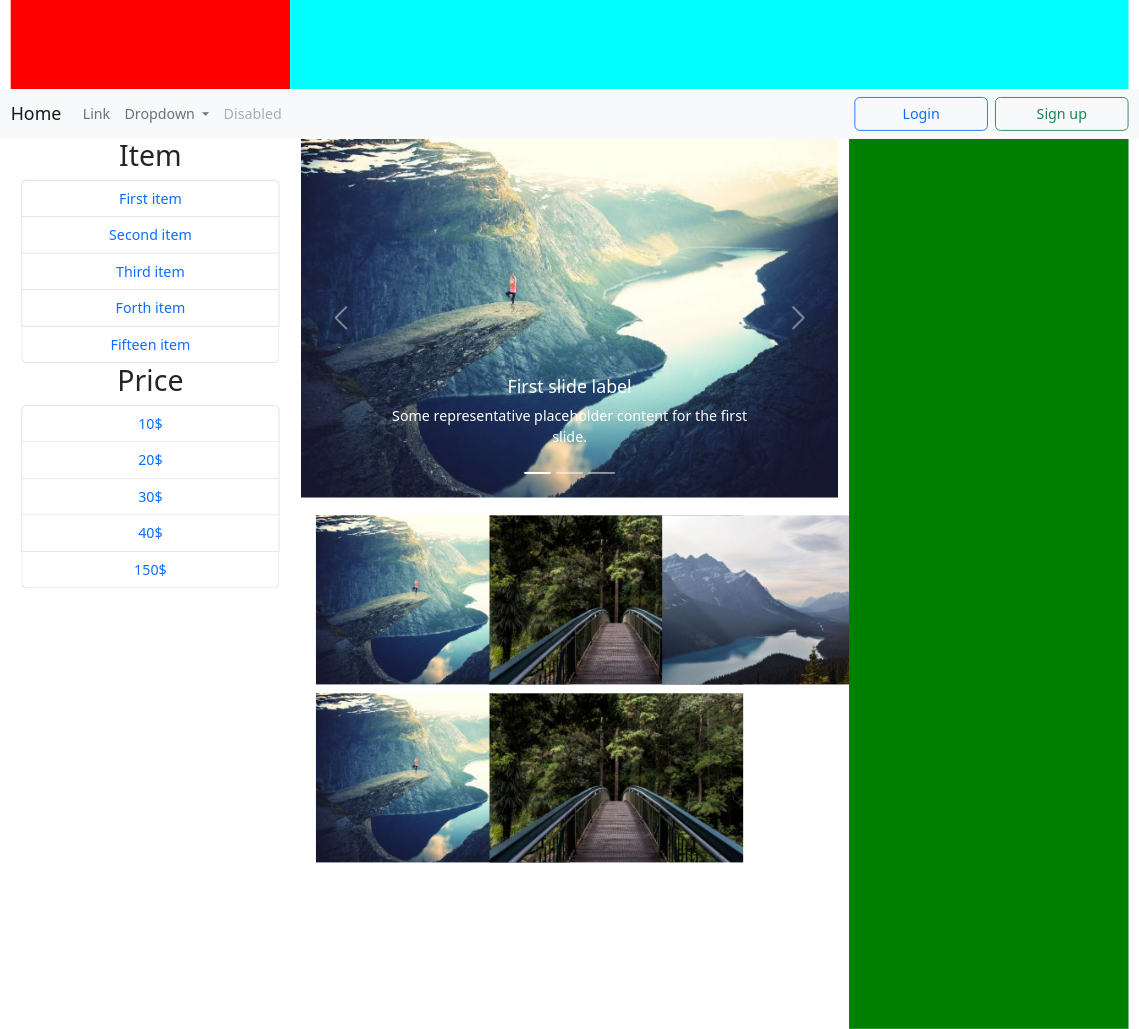
Repository: nguyenhung50497/MD2_bootstrap
Page: BT_giaoDienWeb/index.html
The author's editor kept a copy of each file at every save. The page is drawn from the files as they stood at one save, then again after a run of saves.
The browser window is 1280 px wide. The pictures show the whole page, at 89% of full size.

Above is the page before, as saved 2022-11-30 14:12:56.

After the next 8 saves:
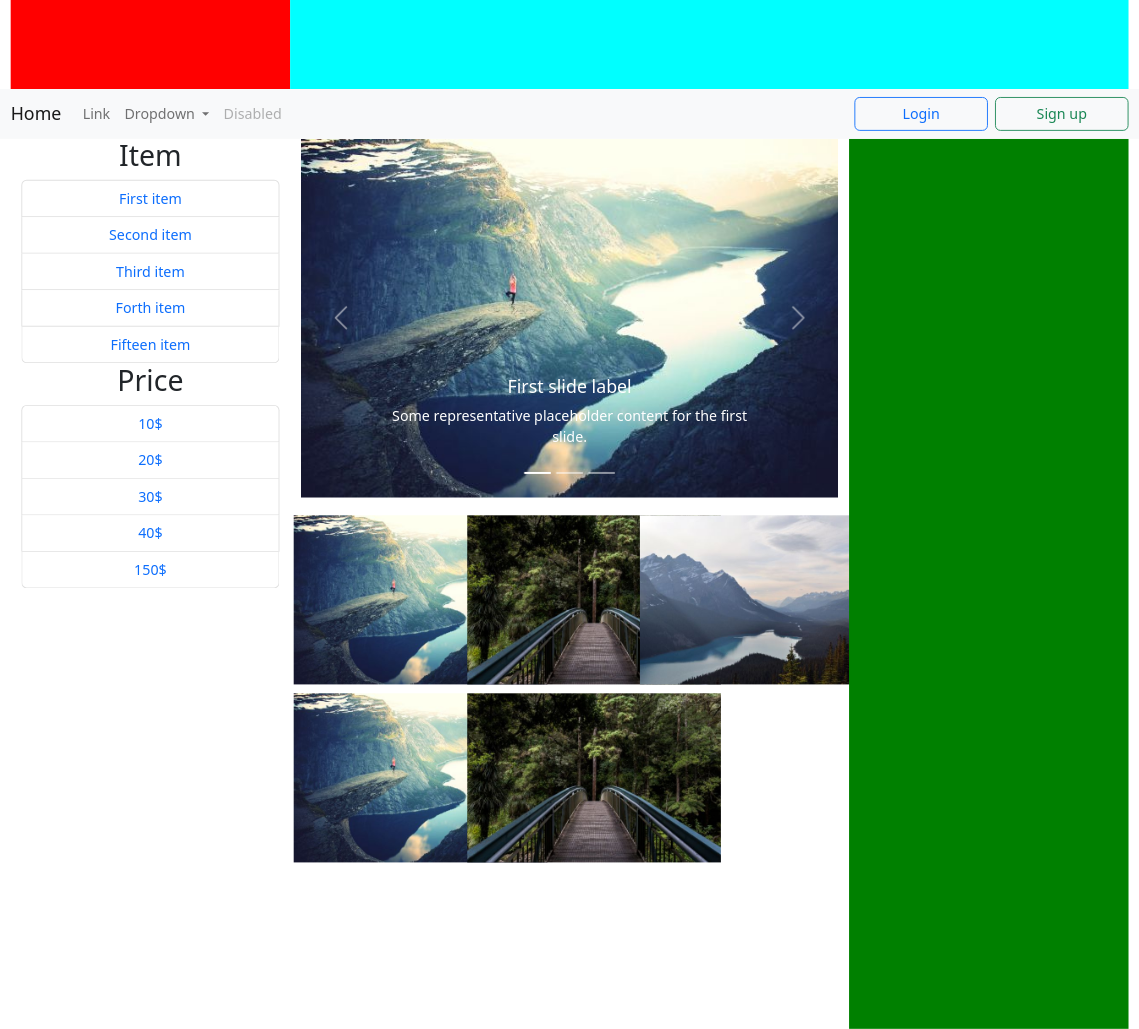
The 8 saves are shown as one change because they came seconds apart.
The last was saved 25 s later.
--- a/BT_giaoDienWeb/index.html
+++ b/BT_giaoDienWeb/index.html
@@ -28,7 +28,7 @@
         padding: 10px;
     }
     .contentImg > div > img {
-        margin-left: -5px;
+        margin-left: -30px;
         margin-top: 10px;
         height: 190px;
     }
